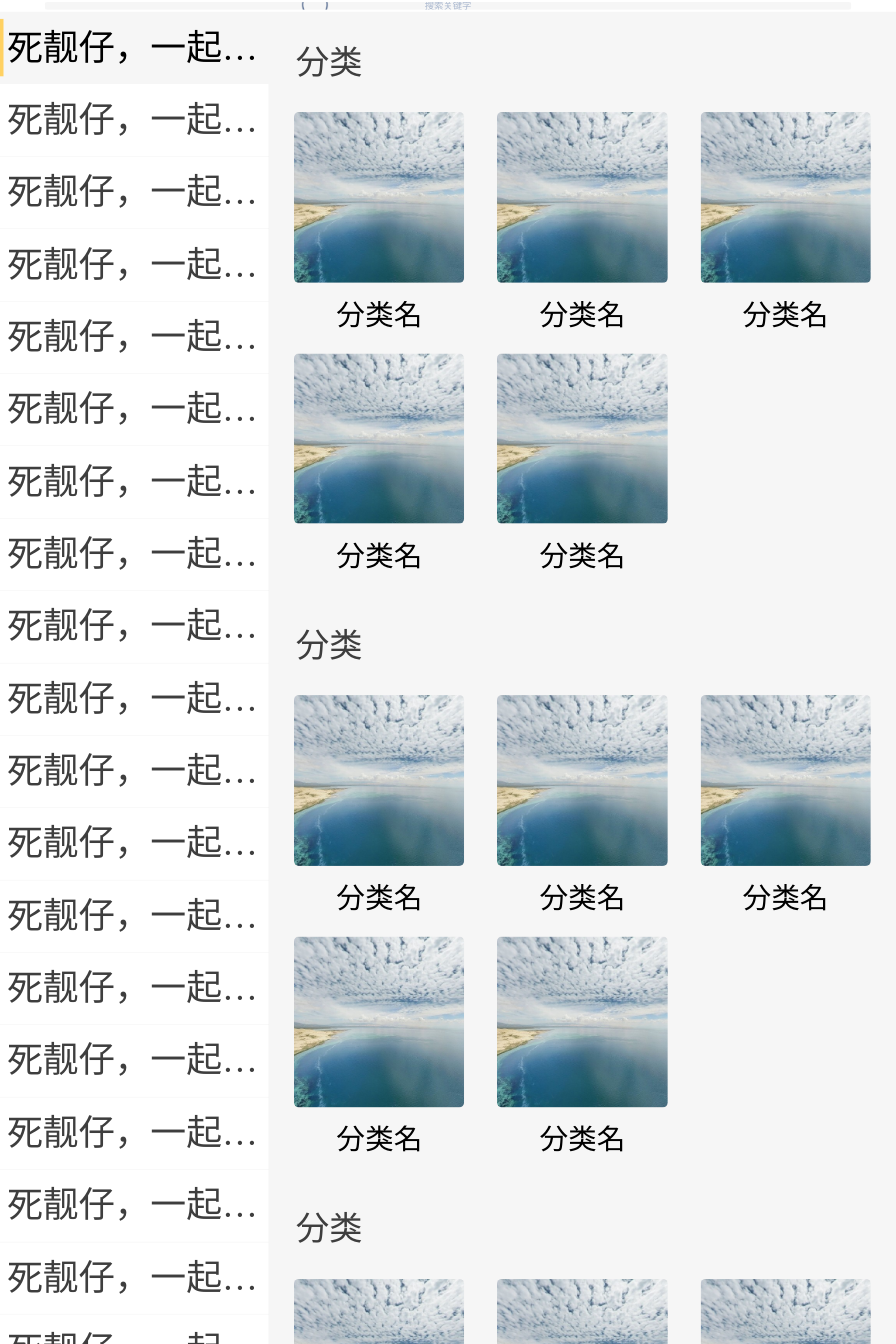
Repository: 421538074/sell
Page: consumer/home.html
The author's editor kept a copy of each file at every save. The page is drawn from the files as they stood at one save, then again after a run of saves.
The browser window is 1280 px wide. The pictures show the part of the page from y = 0 to 1920 px (the page is 4293 px tall before and 720 px after), at 70% of full size.

Above is the page before, as saved 2019-05-30 09:05:28.

### consumer/home.html
<!DOCTYPE html>
<html lang="en">

<head>
    <meta charset="UTF-8">
    <meta name="viewport" content="width=device-width, initial-scale=1.0">
    <meta http-equiv="X-UA-Compatible" content="ie=edge">
    <title>商品分类</title>
    <link rel="stylesheet" href="../css/base.css">
    <link rel="stylesheet" href="css/common.css">
    <link rel="stylesheet" href="css/goods-classify.css">
</head>

<body>
    <div id="app" class="content">
        <div class="search-bar-wrapper">
            <input @click="linkTo('search.html')" readonly placeholder="搜索关键字" type="text" class="search-input">
        </div>
        <div class="goods-classify-wrapper">
            <ul class="main-classify-wrapper">
                <li @click="triggerTab(n)" v-for="n in 20" :class="{active:n==currentIndex}" class="main-classify-item">
                    死靓仔，一起打球吗？
                </li>
            </ul>
            <div class="sub-classify-wrapper">
                <div v-for="n in 5" class="sub-classify-item">
                    <p class="sub-classify-item-title">
                        分类
                    </p>
                    <div class="sub-classify-item-wrapper">
                        <div v-for="n in 5" class="sub-sub-classify-item">
                            <img src="../img/1.jpg" class="classify-item-icon">
                            <p class="classify-title">分类名</p>
                        </div>
                    </div>
                </div>
            </div>
        </div>
        <nav class="tool-bar-wrapper">
            <a href="home.html" class="nav-item">
                <img src="../img/home.png" class="nav-item-icon">
                <span class="tilte">首页</span>
            </a>
            <a href="javascript:;" class="nav-item active">
                <img src="../img/classify-active.png" class="nav-item-icon">
                <span class="tilte">分类</span>
            </a>
            <a href="shop-cart.html" class="nav-item">
                <img src="../img/shop.png" class="nav-item-icon">
                <span class="tilte">购物车</span>
            </a>
            <a href="user.html" class="nav-item">
                <img src="../img/user.png" class="nav-item-icon">
                <span class="tilte">我的</span>
            </a>
        </nav>
    </div>
    <script src="../js/api.js"></script>
    <script src="../js/vue.js"></script>
    <script src="js/vue-mixin.js"></script>
    <script src="js/goods-classify.js"></script>
</body>

</html>

### css/base.css
/* http://meyerweb.com/eric/tools/css/reset/
   v2.0 | 20110126
   License: none (public domain)
*/

html,
body,
div,
span,
applet,
object,
iframe,
h1,
h2,
h3,
h4,
h5,
h6,
p,
blockquote,
pre,
a,
abbr,
acronym,
address,
big,
cite,
code,
del,
dfn,
em,
img,
ins,
kbd,
q,
s,
samp,
small,
strike,
strong,
sub,
sup,
tt,
var,
b,
u,
i,
center,
dl,
dt,
dd,
ol,
ul,
li,
fieldset,
form,
label,
legend,
table,
caption,
tbody,
tfoot,
thead,
tr,
th,
td,
article,
aside,
canvas,
details,
embed,
figure,
figcaption,
footer,
header,
hgroup,
menu,
nav,
output,
ruby,
section,
summary,
time,
mark,
audio,
video {
    margin: 0;
    padding: 0;
    border: 0;
    font-size: 100%;
    font: inherit;
    vertical-align: baseline;
}

/* HTML5 display-role reset for older browsers */
article,
aside,
details,
figcaption,
figure,
footer,
header,
hgroup,
menu,
nav,
section {
    display: block;
}

body {
    line-height: 1;
}

ol,
ul {
    list-style: none;
}

blockquote,
q {
    quotes: none;
}

blockquote:before,
blockquote:after,
q:before,
q:after {
    content: '';
    content: none;
}

table {
    border-collapse: collapse;
    border-spacing: 0;
}


body,
html {
    font-size: calc(100vw / 37.5);
    font-family: PingFangSC-Medium;
    background: #F2F2F2;
}


[v-cloak] {
    display: none;
}


hr {
    margin: 0;
    padding: 0;
}

.clearfix {
    zoom: 1;
}

.clearfix:after {
    content: ".";
    display: block;
    visibility: hidden;
    height: 0;
    clear: both;
}

[v-cloak] {
    display: none;
}

### consumer/css/common.css
/**nav bar*/
nav.tool-bar-wrapper {
    height: 3rem;
    background: #ffffff;
    display: flex;
    align-items: center;
    justify-content: space-around;
}
a.nav-item {
    color: #888888;
    text-decoration: none;
    font-size: 1.5rem;
    display: flex;
    flex-direction: column;
    align-items: center;
    justify-content: space-around;
    height: 90%;
}
a.nav-item.active{
    color: #0093FF;
}
img.nav-item-icon{
    width: 1.5rem;
    height: 1.5rem;
}

### consumer/css/goods-classify.css
*{
    box-sizing: border-box;
}
html,body,div.content{
    height: 100%;
}
div.content {
    display: flex;
    flex-direction: column;
}
div.search-bar-wrapper{
    height: 4.5rem;
    display: flex;
    align-items: center;
    justify-content: center;
    background: #ffffff;
}
input.search-input {
    width: 90%;
    border: none;
    height: 60%;
    border-radius: 0.1rem;
    background: url(../../img/search-icon.png) no-repeat;
    background-size: 1.2rem;
    background-color: #F6F6F6;
    outline: 0;
    background-position: 33% center;
}
input::-webkit-input-placeholder {
    color: #A9B7CE;
    text-align: center;
}
.goods-classify-wrapper {
    display: flex;
    flex: 1;
}
ul.main-classify-wrapper {
    overflow: scroll;
    height: 100%;
    width: 30%;
    background: #F6F6F6;
}
ul.main-classify-wrapper::-webkit-scrollbar,div.sub-classify-wrapper::-webkit-scrollbar {
    width: 0;
    height: 0;
}
li.main-classify-item {
    width: 100%;
    height: 3rem;
    line-height: 3rem;
    white-space: nowrap;
    overflow: hidden;
    text-overflow: ellipsis;
    background: #fff;
    margin-bottom: 1px;
    color: #3E3E3E;
    padding-left: 10px;
    font-size: 1.5rem;
}
li.main-classify-item.active {
    background: #F6F6F6;
    position: relative;
    color: #000000;
}
li.main-classify-item.active::after{
    content: '';
    position: absolute;
    background: #FFD162;
    height: 80%;
    width: 5px;
    left: 0;
    top: 10%;
}
.sub-classify-wrapper {
    flex: 1;
    background: #F6F6F6;
    overflow: scroll;
}
img.classify-item-icon {
    width: 19vw;
    height: 19vw;
    border-radius: 0.2rem;
}
p.sub-classify-item-title {
    font-size: 1.4rem;
    height: 3em;
    display: flex;
    align-items: center;
    color: #3E3E3E;
    padding-left: 3vw;
}
.sub-classify-item{
    width: 70vw;
}
.sub-sub-classify-item {
    width: calc(68vw / 3);
    margin-bottom: 1rem;
}
.sub-classify-item-wrapper {
    display: flex;
    align-items: center;
    flex-wrap: wrap;
    text-align: center;
    padding-left: 1vw;
}
p.classify-title {
    margin: 0 auto;
    font-size: 1.2rem;
    white-space: nowrap;
    overflow: hidden;
    text-overflow: ellipsis;
    max-width: 80%;
    margin-top: 0.6rem;
}

### js/api.js



// window.warn = {
//     alert: function alert(msg) {
//         var template = `
// `
//         $('body').append(template);
//         $('.alert-body').animate({
//             top: "40px"
//         }, 200);
//         // setTimeout(function () {
//         //     warn.close();
//         // }, 1500);
//     },
//     close: function close() {
//         $('.alert-body').animate({
//             top: "-280px"
//         }, 200);
//         setTimeout(function () {
//             $('#alert-msg').remove();
//         }, 200);
//     }
// };

### consumer/js/vue-mixin.js
Vue.mixin({
    methods: {
        /**
         * 返回
         */
        back() {
            history.go(-1);
        },
        /**
         * 限制长度
         * @param {String} 要限制长度的字段
         * @param {Number} 长度
         */
        limitLength(key, length) {
            this[key] = this[key].substring(0, length);
        },
        /**
         * 验证11位手机号
         * @param {Number} phone
         */
        validatePhone(phone) {
            const phoneReg = /^[1-9][0-9]{9}[0-9]$/;
            return phoneReg.test(phone);
        },
        /**
         * 发送手机验证码
         * @param {Number} waitTimeKey 等待时间键名
         * @param {String} tipsKey 发送验证码显示的信息的键名
         * @param {String} phoneKey 手机号键名
         * @param {String} reSendMsg  按钮默认显示的文字
         */
        sendCode(waitTimeKey, tipsKey, phoneKey, defaultMsg) {
            if (!this.validatePhone(this[phoneKey])) {
                alert('无效手机号!');
                return;
            }
            if (this[waitTimeKey] == 60) {
                $.post('', {
                        phone: this[phoneKey]
                    }, (res) => {
                        if (res.status == 1) {
                            const interval = setInterval(() => {
                                if (this[waitTimeKey] == 1) {
                                    this[waitTimeKey] = 60;
                                    this[tipsKey] = defaultMsg;
                                    clearInterval(interval);
                                    return;
                                }
                                this[waitTimeKey] -= 1;
                                this[tipsKey] = `${this[waitTimeKey]}s`;
                            }, 1000);
                        } else {
                            alert('发送失败!');
                        }
                    }, 'json')
                    .fail(err => {
                        alert('服务器异常!');
                    });
            }
        },
        /**
         * 链接跳转
         * @param {String} url
         */
        linkTo(url) {
            window.location.href = url;
        }
    },
    filters: {

    }
})

### consumer/js/goods-classify.js
new Vue({
    el:'#app',
    data() {
        return {
            currentIndex:1
        }
    },
    methods: {
        triggerTab(index) {
            if(this.currentIndex != index) {
                this.currentIndex = index;
            }
        }
    },
})

Loaded but not shown: js/vue.js (library)

After the next 2 saves:
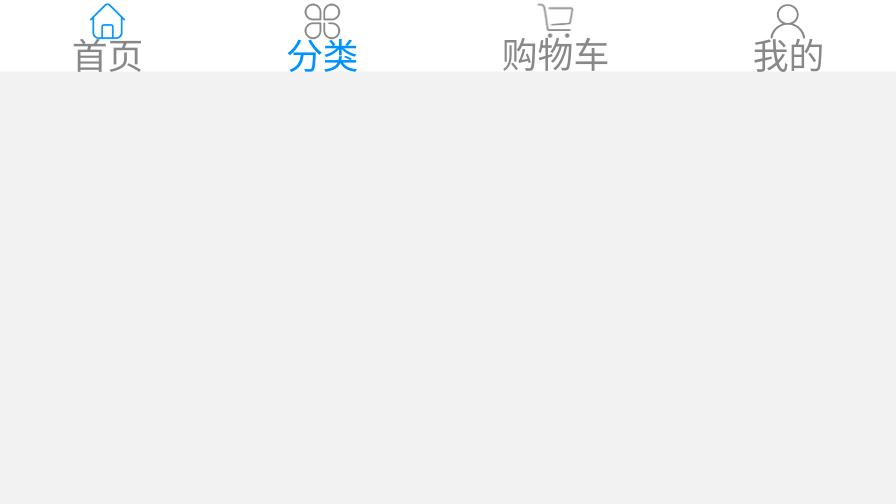
The 2 saves are shown as one change because they came seconds apart.
The last was saved 38 s later.
--- a/consumer/home.html
+++ b/consumer/home.html
@@ -13,36 +13,13 @@
 
 <body>
     <div id="app" class="content">
-        <div class="search-bar-wrapper">
-            <input @click="linkTo('search.html')" readonly placeholder="搜索关键字" type="text" class="search-input">
-        </div>
-        <div class="goods-classify-wrapper">
-            <ul class="main-classify-wrapper">
-                <li @click="triggerTab(n)" v-for="n in 20" :class="{active:n==currentIndex}" class="main-classify-item">
-                    死靓仔，一起打球吗？
-                </li>
-            </ul>
-            <div class="sub-classify-wrapper">
-                <div v-for="n in 5" class="sub-classify-item">
-                    <p class="sub-classify-item-title">
-                        分类
-                    </p>
-                    <div class="sub-classify-item-wrapper">
-                        <div v-for="n in 5" class="sub-sub-classify-item">
-                            <img src="../img/1.jpg" class="classify-item-icon">
-                            <p class="classify-title">分类名</p>
-                        </div>
-                    </div>
-                </div>
-            </div>
-        </div>
         <nav class="tool-bar-wrapper">
-            <a href="home.html" class="nav-item">
-                <img src="../img/home.png" class="nav-item-icon">
+            <a href="javascript:;" class="nav-item">
+                <img src="../img/home-active.png" class="nav-item-icon">
                 <span class="tilte">首页</span>
             </a>
-            <a href="javascript:;" class="nav-item active">
-                <img src="../img/classify-active.png" class="nav-item-icon">
+            <a href="goods-classify.html" class="nav-item active">
+                <img src="../img/classify.png" class="nav-item-icon">
                 <span class="tilte">分类</span>
             </a>
             <a href="shop-cart.html" class="nav-item">
